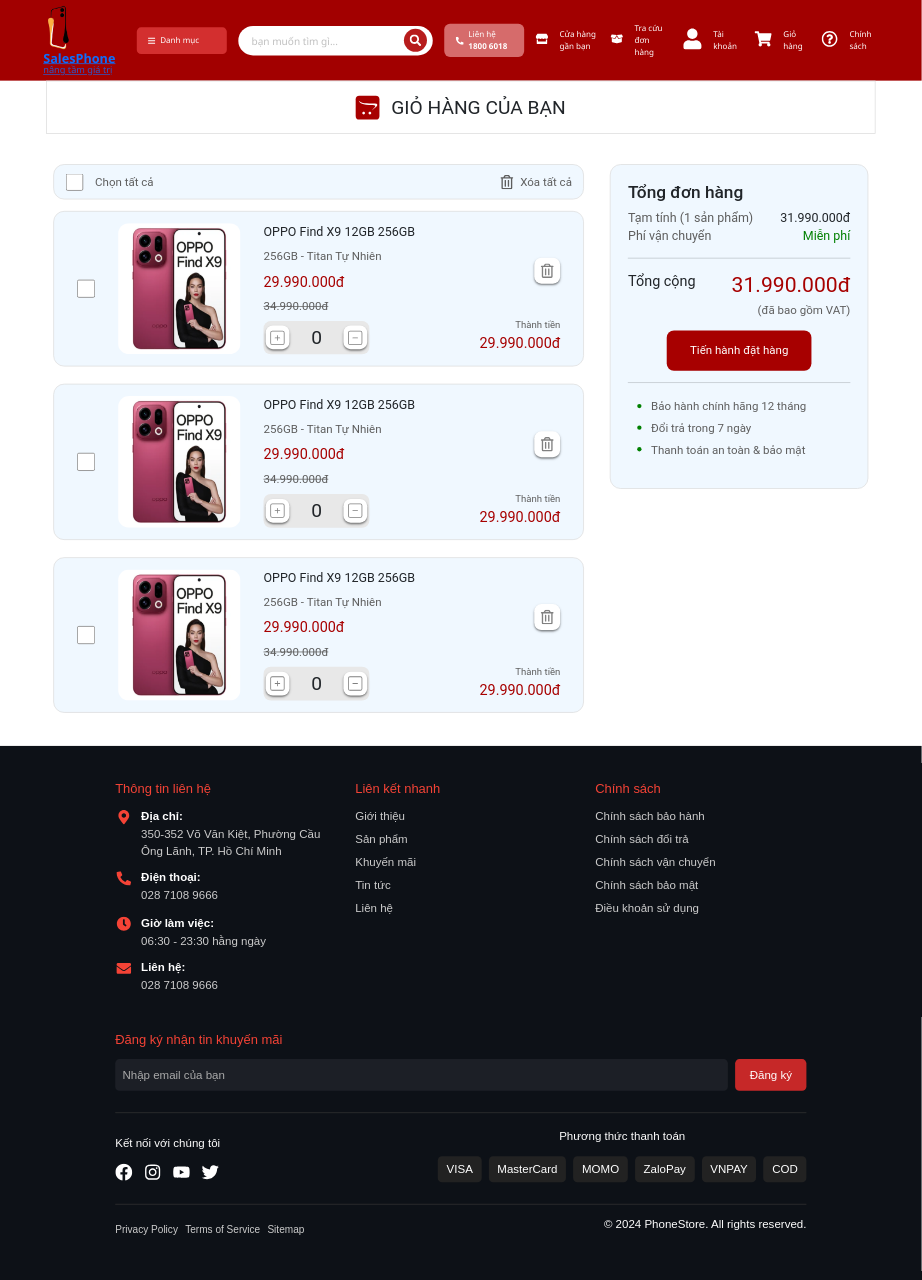
Repository: nguyenhuuluanTTB/cn-da22ttb-nguyenhuuluan-website_salesphone-nextjs_nodejs
Page: /cart (app in Project_SalesPhone/client/salesphone/)
An editor plug-in stored every save of this project. The page is shown before and after the next save, followed by the edit.
The browser window is 1280 px wide. The pictures show the whole page, at 72% of full size.
The project was rebuilt for these pictures with package versions that can differ from the ones it lists, and the page was loaded fresh each time. The framework's server and built-in components were replaced by stand-ins that run in the browser. Also part of the build but not shown: Project_SalesPhone/client/salesphone/next.config.ts.

Above is the page before, as saved 2025-12-02 11:02:24.

After the next save:
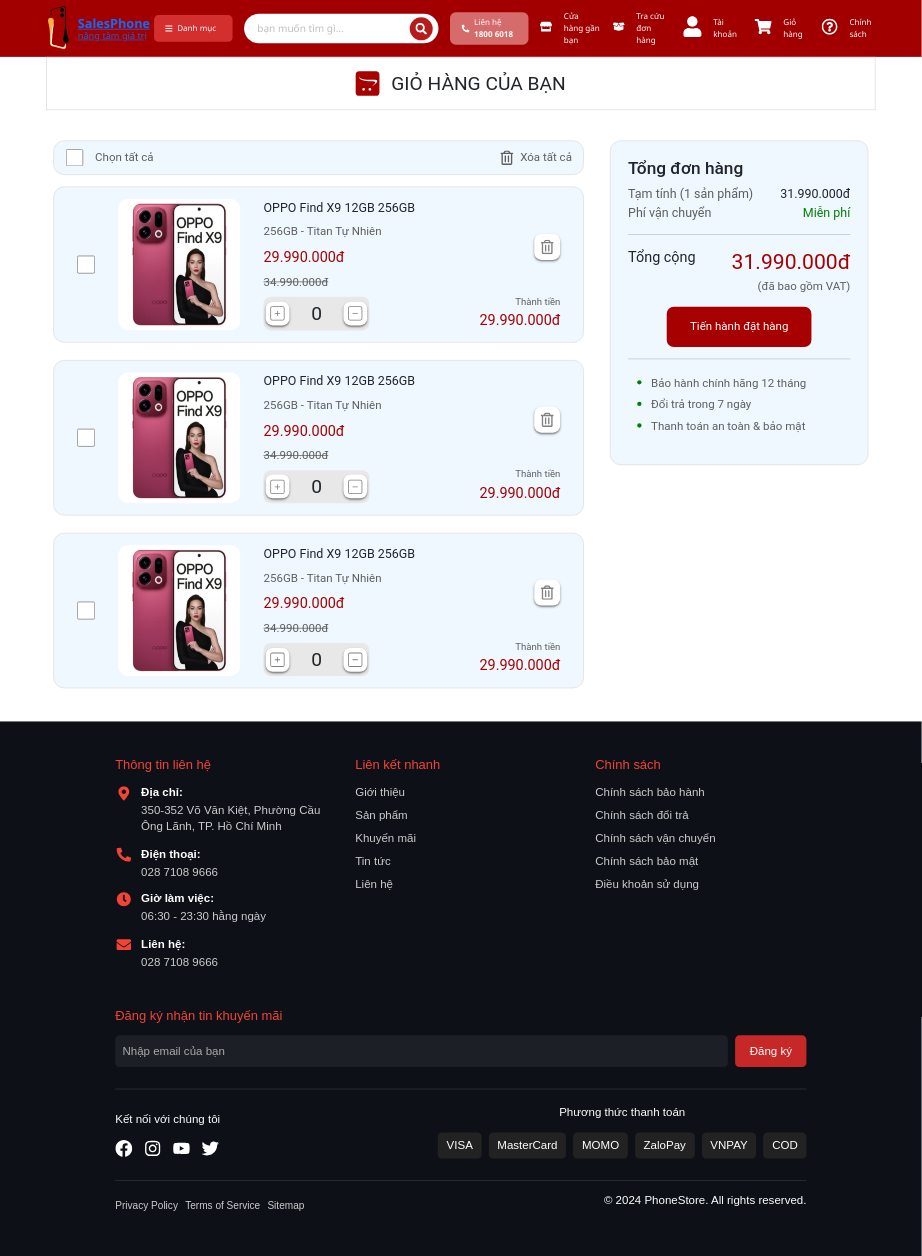
Saved 34 s later.
--- a/Project_SalesPhone/client/salesphone/app/components/Header/Header.tsx
+++ b/Project_SalesPhone/client/salesphone/app/components/Header/Header.tsx
@@ -18,15 +18,16 @@
                 <span>Danh mục</span>
             </button>
 
+            <Link href="/home">
              <div className={styles.logo}>
-              <Link href="/home">
+
                 <Image src={logo} alt="SalesPhone Logo" width={40} height={40} />
                 <div className={styles.logoText}>
                     <span className={styles.brand}>SalesPhone</span>
                     <span className={styles.slogan}>nâng tầm giá trị</span>
                 </div>
-              </Link>
             </div>
+            </Link>
 
              <Link href="#" className={`${styles.navItem} ${styles.giohang}`}>
                   <FaShoppingCart />
